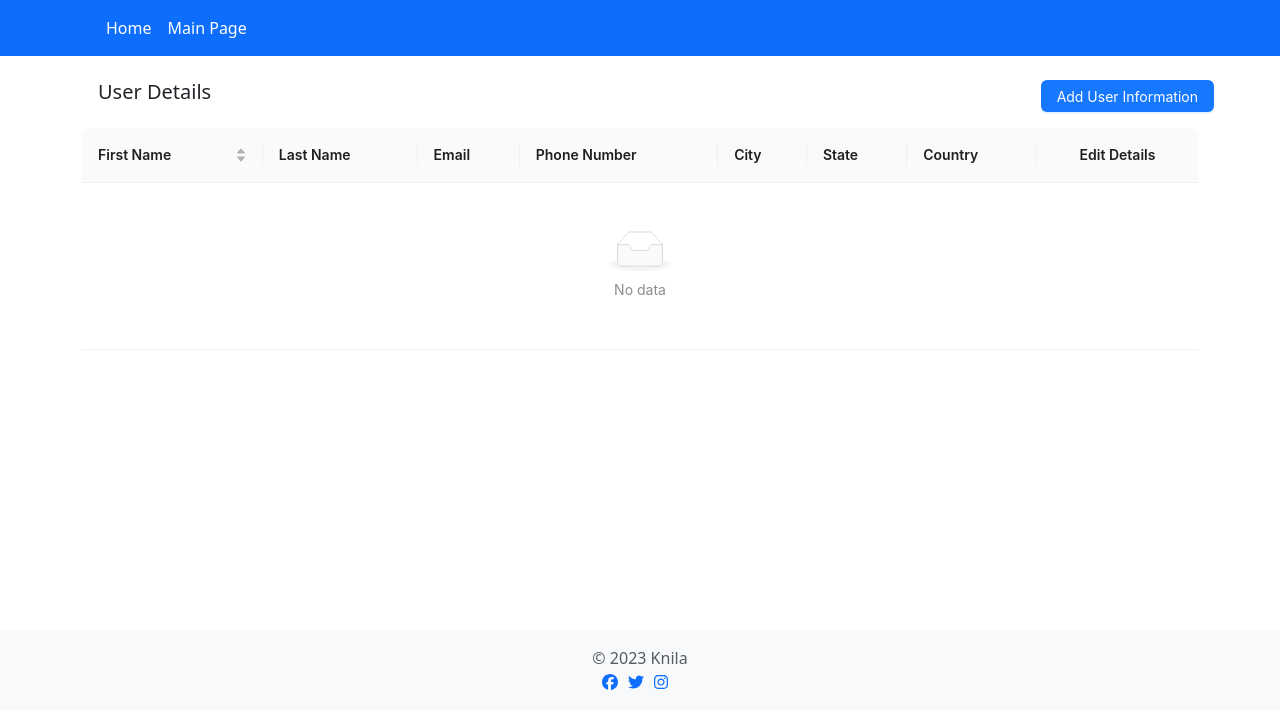
Repository: SnehaBalamurugan/Machine-Test
Page: /main-page
The author's editor kept a copy of each file at every save. The page is drawn from the files as they stood at one save, then again after the next save.
The browser window is 1280 px wide. The pictures show the whole page.
The project was rebuilt for these pictures with package versions that can differ from the ones it lists, and the page was loaded fresh each time. Also part of the build but not shown: src/Pages/Home.jsx, src/Components/AddEditUser.jsx.

Above is the page before, as saved 2023-07-19 12:18:46.

### src/App.jsx
import './App.css';
import Routes from './Routes'

function App() {
  return (
    <div className="App">
      <Routes />
    </div>
  );
}

export default App;

### src/App.css
/* .App {
  text-align: center;
} */

.App-logo {
  height: 40vmin;
  pointer-events: none;
}

@media (prefers-reduced-motion: no-preference) {
  .App-logo {
    animation: App-logo-spin infinite 20s linear;
  }
}

.App-header {
  background-color: #282c34;
  min-height: 100vh;
  display: flex;
  flex-direction: column;
  align-items: center;
  justify-content: center;
  font-size: calc(10px + 2vmin);
  color: white;
}

.home-page {
  margin-top: 20%;
}

.home-page h2 {
  text-align: center;
}

.main-content {
  min-height: 50vh;
  display: flex;
  flex-direction: column;
}

.footer {
  margin-top: auto;
}

.App-link {
  color: #61dafb;
}

.social-icons a {
  margin-right: 10px;
  text-align: center;
}

.table-row-light {
  background-color: #b9d8ed;
}

.table-row-dark {
  background-color: #fbfbfb;
}

@keyframes App-logo-spin {
  from {
    transform: rotate(0deg);
  }

  to {
    transform: rotate(360deg);
  }
}

### src/Routes.jsx
import React from 'react';
import { BrowserRouter as Router, Route, Routes } from 'react-router-dom';
import Navbar from './Components/Navbar';
import Home from './Pages/Home';
import MainPage from './Pages/MainPage';
import AddEditUser from './Components/AddEditUser';
import Footer from './Components/Footer';

const App = () => {
    return (
        <Router>
            <Navbar />
            <div className="container mt-4">
                <Routes>
                    <Route path="/" element={<Home />} />
                    <Route path="/main-page" element={<MainPage />} />
                    <Route path="/add-user" element={<AddEditUser />} />
                </Routes>
            </div>
            <Footer />
        </Router>
    );
};

export default App;

### src/Components/Navbar.jsx
import React from 'react';
import { Link } from 'react-router-dom';

const Navbar = () => {
    return (
        <nav className="navbar navbar-expand-lg navbar-primary bg-primary">
            <div className="container">
                <Link className="navbar-brand"></Link>
                <button className="navbar-toggler" type="button" data-bs-toggle="collapse" data-bs-target="#navbarNav" aria-controls="navbarNav" aria-expanded="false" aria-label="Toggle navigation">
                    <span className="navbar-toggler-icon"></span>
                </button>
                <div className="collapse navbar-collapse" id="navbarNav">
                    <ul className="navbar-nav">
                        <li className="nav-item">
                            <Link className="nav-link" style={{color:'white'}} to="/">Home</Link>
                        </li>
                        <li className="nav-item">
                            <Link className="nav-link" style={{color:'white'}} to="/main-page">Main Page</Link>
                        </li>
                    </ul>
                </div>
            </div>
        </nav>
    );
};

export default Navbar;

### src/Pages/MainPage.jsx
import React, { Fragment, useEffect, useState } from 'react';
import { Button, Table } from 'antd';
import AddEditUser from '../Components/AddEditUser';
import { EditOutlined } from '@ant-design/icons';


const MainPage = () => {

    const [addComponent, setAddComponent] = useState(false)
    const [dataSource, setDataSource] = useState()
    const [rowValue, setRowValue] = useState()
    const [flag, setFlag] = useState('Add')

    //Table Columns
    console.log(dataSource,'dataSource');

    const columns = [
        {
            title: 'First Name',
            dataIndex: 'firstName',
            sorter: (a, b) => a.firstName.localeCompare(b.firstName)
        },
        {
            title: 'Last Name',
            dataIndex: 'lastName',
        },
        {
            title: 'Email',
            dataIndex: 'email',
        },
        {
            title: 'Phone Number',
            dataIndex: 'phone',
        },
        {
            title: 'City',
            dataIndex: 'city',
        },
        {
            title: 'State',
            dataIndex: 'state',
        },
        {
            title: 'Country',
            dataIndex: 'country',
        },
        {
            title: 'Edit Details',
            dataIndex: false,
            align: 'center',
            render: (text, record) => {
                return <EditOutlined style={{ fontSize: '20px' }} onClick={() => {
                    setAddComponent(true)
                    setRowValue(record)
                    setFlag('Edit')
                }} />
            }
        }

    ];

    const onAddInfo = () => {
        setAddComponent(!addComponent)
        setFlag('Add')
    }

    //Fetch and set data for table from LocalStorage

    useEffect(() => {
        if (JSON.parse(localStorage.getItem('tableData')) && JSON.parse(localStorage.getItem('tableData')).length > 0) {
            setDataSource(JSON.parse(localStorage.getItem('tableData')))
        }
        else {
            setDataSource([])
        }
    }, [localStorage.getItem('tableData')])

    return (
        <Fragment>
            <div className="col-md-12 m-3">
                <div className="row">
                    <div className="col-md-6">
                        <h5>{addComponent === false ? "User Details" : `${flag} User Details`}</h5>
                    </div>
                    <div className="col-md-6 d-flex justify-content-end">
                        <Button type='primary' onClick={() => {
                            onAddInfo()
                        }}>{addComponent === false ? `Add User Information` : 'Back'}</Button>
                    </div>
                </div>
            </div>
            {addComponent === true ? <AddEditUser rowValue={rowValue} flag={flag} /> :
                <Table rowClassName={(record, index) => dataSource[dataSource.length -1].id === record.id ? 'table-row-light' :  'table-row-dark'} columns={columns} dataSource={dataSource} pagination={false} />
            }

        </Fragment>
    );
};

export default MainPage;

### src/Components/Footer.jsx
import React from 'react';
import { FontAwesomeIcon } from '@fortawesome/react-fontawesome';
import { faFacebook, faTwitter, faInstagram } from '@fortawesome/free-brands-svg-icons';

const Footer = () => {
    return (
        <div className='main-content'>

            <footer className="footer mt-auto py-3 bg-light">
                <div className="container text-center">
                    <span className="text-muted">© 2023 Knila</span>
                    <div className="social-icons">
                        <a href={`${process.env.REACT_APP_KNILA_FACEBOOK}`}  target="_blank" rel="noopener noreferrer">
                            <FontAwesomeIcon icon={faFacebook} />
                        </a>
                        <a href={`${process.env.REACT_APP_KNILA_TWITTER}`} target="_blank" rel="noopener noreferrer">
                            <FontAwesomeIcon icon={faTwitter} />
                        </a>
                        <a href={`${process.env.REACT_APP_KNILA_INSTAGRAM}`} target="_blank" rel="noopener noreferrer">
                            <FontAwesomeIcon icon={faInstagram} />
                        </a>
                    </div>
                </div>
            </footer>
        </div>
    );
};

export default Footer;

Loaded but not shown: public/index.html (common file); src/index.js (common file); src/index.css (common file)

After the next save:
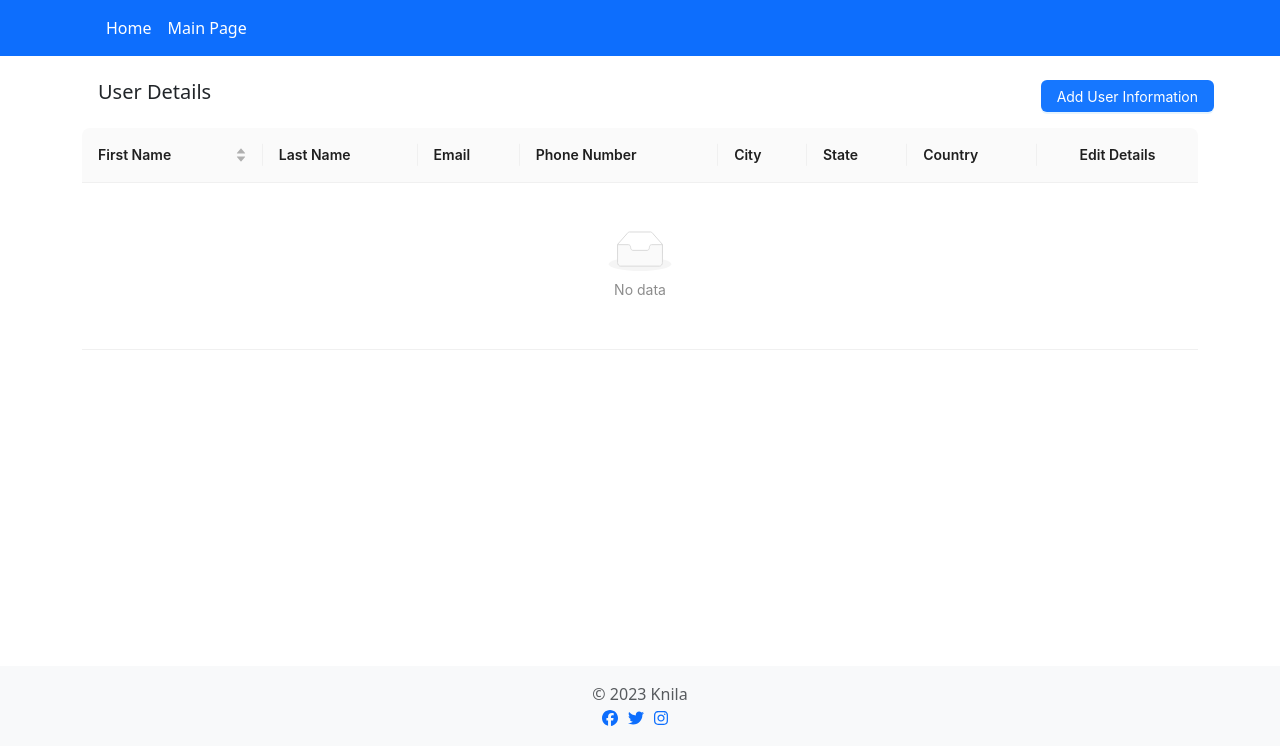
Saved 38 s later.
--- a/src/App.css
+++ b/src/App.css
@@ -33,7 +33,7 @@
 }
 
 .main-content {
-  min-height: 50vh;
+  min-height: 55vh;
   display: flex;
   flex-direction: column;
 }
